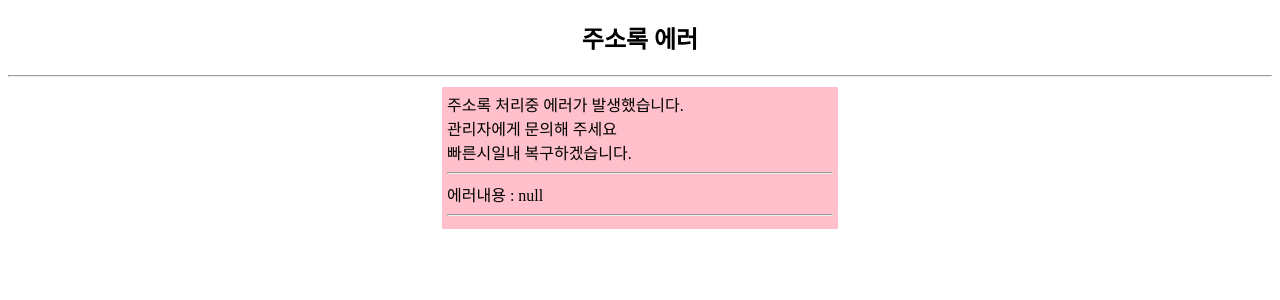
Repository: BeigeBear/TEST
Page: http://localhost/Addrbook/WebContents/addrbook_error.jsp
The author's editor kept a copy of each file at every save. The page is drawn from the files as they stood at one save, then again after the next save.
The browser window is 1280 px wide. The pictures show the whole page.
The page is served by Tomcat 9. Other server files are loaded and not shown.

Above is the page before, as saved 2022-12-06 01:24:40.

### Addrbook/WebContents/addrbook_error.jsp
<%@ page language="java" contentType="text/html; charset=utf-8"
    pageEncoding="utf-8" isErrorPage="true" %>
<!DOCTYPE html>
<html>

<head>
	<meta charset="utf-8">
	<title>에러 페이지</title>
</head>

<body>
<div align="center">
	<h2>주소록 에러</h2>
	<hr>
	<table cellpadding = 5 width=400>
	<tr width = 100% bgcolor = "pink">
	<td>
	주소록 처리중 에러가 발생했습니다. <br>
	관리자에게 문의해 주세요 <br>
	빠른시일내 복구하겠습니다.
	<HR>
	에러내용 : <%=exception %>
	<hr>
	</td>
	</tr>
	</table>
</div>
</body>

</html>

After the next save:
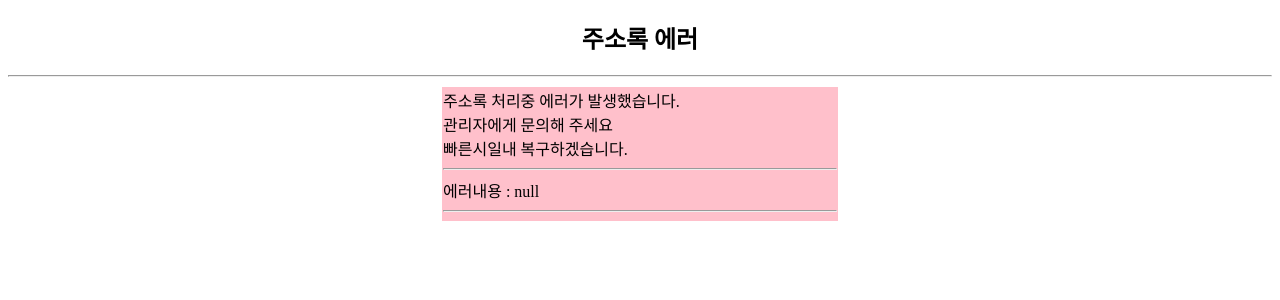
Saved 36 s later.
--- a/Addrbook/WebContents/addrbook_error.jsp
+++ b/Addrbook/WebContents/addrbook_error.jsp
@@ -12,17 +12,18 @@
 <div align="center">
 	<h2>주소록 에러</h2>
 	<hr>
-	<table cellpadding = 5 width=400>
-	<tr width = 100% bgcolor = "pink">
-	<td>
-	주소록 처리중 에러가 발생했습니다. <br>
-	관리자에게 문의해 주세요 <br>
-	빠른시일내 복구하겠습니다.
-	<HR>
-	에러내용 : <%=exception %>
-	<hr>
-	</td>
-	</tr>
+
+	<table stypadding = 5 width=400>
+		<tr width = 100% bgcolor = "pink">
+			<td>
+			주소록 처리중 에러가 발생했습니다. <br>
+			관리자에게 문의해 주세요 <br>
+			빠른시일내 복구하겠습니다.
+			<HR>
+			에러내용 : <%=exception %>
+			<hr>
+			</td>
+		</tr>
 	</table>
 </div>
 </body>
